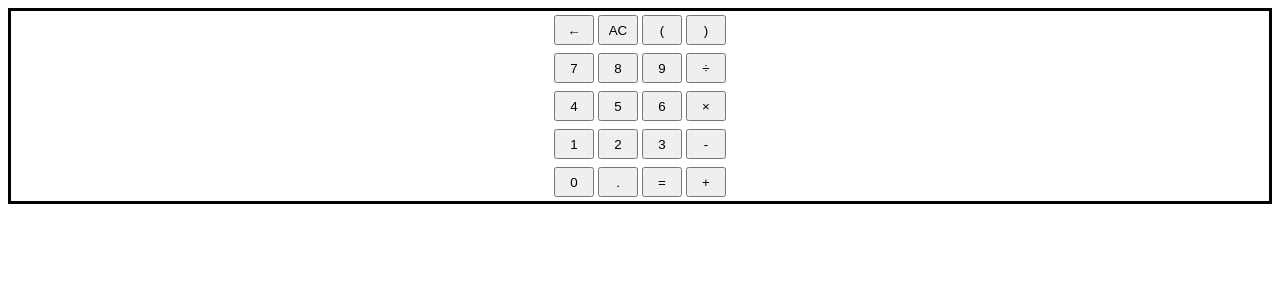
Repository: z1youRA/MyCalculator
Page: index.html
The author's editor kept a copy of each file at every save. The page is drawn from the files as they stood at one save, then again after the next save.
The browser window is 1280 px wide. The pictures show the whole page.

Above is the page before, as saved 2021-12-19 14:05:57.

After the next save:
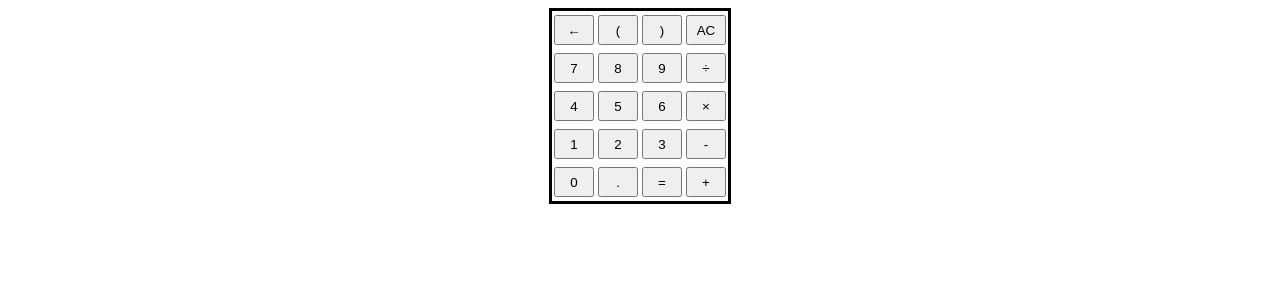
Saved 45 s later.
--- a/index.html
+++ b/index.html
@@ -8,38 +8,41 @@
     <link rel='stylesheet' href='./css/styles.css'>
 </head>
 <body>
-    <div class='buttons'>
-        <div class='first-row row'>
-            <button>←</button>
-            <button>AC</button>
-            <button>(</button>
-            <button>)</button>
-        </div>
-        <div class='second-row row'>
-            <button>7</button>
-            <button>8</button>
-            <button>9</button>
-            <button>÷</button>
-        </div>
-        <div class='third-row row'>
-            <button>4</button>
-            <button>5</button>
-            <button>6</button>
-            <button>×</button>
-        </div>
-        <div class='fourth-row row'>
-            <button>1</button>
-            <button>2</button>
-            <button>3</button>
-            <button>-</button>
-        </div>
-        <div class='fifth-row row'>
-            <button>0</button>
-            <button>.</button>
-            <button>=</button>
-            <button>+</button>
+    <div class='container'>
+        <div class='buttons'>
+            <div class='first-row row'>
+                <button>←</button>
+                <button>(</button>
+                <button>)</button>
+                <button>AC</button>
+            </div>
+            <div class='second-row row'>
+                <button>7</button>
+                <button>8</button>
+                <button>9</button>
+                <button>÷</button>
+            </div>
+            <div class='third-row row'>
+                <button>4</button>
+                <button>5</button>
+                <button>6</button>
+                <button>×</button>
+            </div>
+            <div class='fourth-row row'>
+                <button>1</button>
+                <button>2</button>
+                <button>3</button>
+                <button>-</button>
+            </div>
+            <div class='fifth-row row'>
+                <button>0</button>
+                <button>.</button>
+                <button>=</button>
+                <button>+</button>
+            </div>
         </div>
     </div>
+
 </body>
 <script src='script.js'>
 </script>
